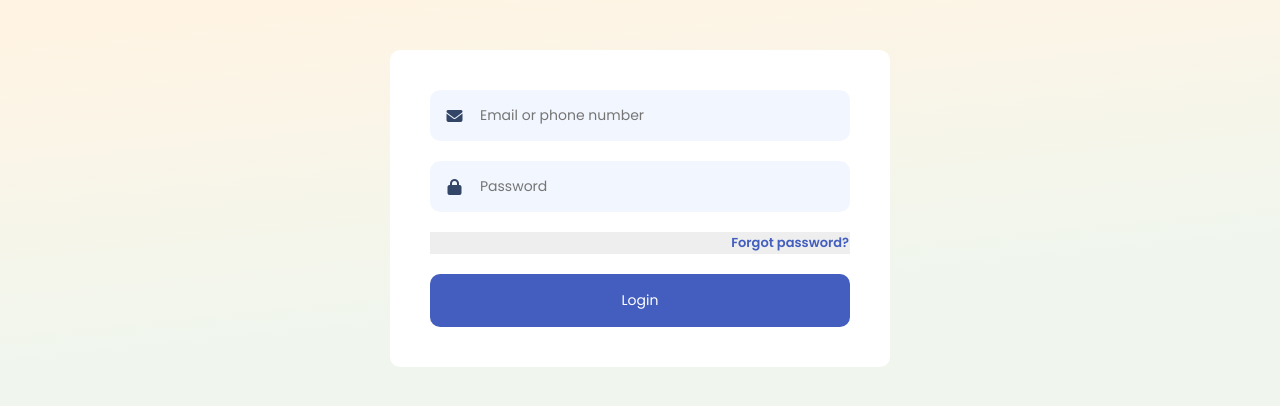
Repository: VuTuanAnh0949/loginForm
Page: index.html
An editor plug-in stored every save of this project. The page is shown before and after the next save, followed by the edit.
The browser window is 1280 px wide. The pictures show the whole page.

Above is the page before, as saved 2022-04-15 21:06:23.

### index.html
<!DOCTYPE html>
<html lang="en">
<head>
  <meta charset="UTF-8">
  <meta http-equiv="X-UA-Compatible" content="IE=edge">
  <meta name="viewport" content="width=device-width, initial-scale=1.0">
  <link
  href="https://fonts.googleapis.com/css2?family=Poppins:wght@300;400;600&display=swap"
  rel="stylesheet"
/>
<link rel="stylesheet" href="style.css">
<link rel="stylesheet" href="/fontawesome-free-6.1.1-web/css/all.css">
  <title>Login</title>
</head>
<body>
  <div class="login">
    <div class="login-field">
      <i class="fa-solid fa-envelope login-icon"></i>
      <input type="email" class="login-input" placeholder="Email or phone number">
    </div>
    <div class="login-field">
      <i class="fa-solid fa-lock login-icon"></i>
      <input type="password" class="login-input" placeholder="Password">
    </div>
    <a href="#" class="login__forgot--password">Forgot password?</a>
    <button class="login-submit">Login</button>
  </div>
</body>
</html>

### style.css
html{
  font-size: 62.5%;
  font-family: "Poppins", sans-serif;
}
*{
box-sizing: border-box;
}
body{
  background-image: linear-gradient( 174.2deg,  rgba(255,244,228,1) 7.1%, rgba(240,246,238,1) 67.4% );
}
.login{
width: 500px;
margin: 50px auto;
padding: 40px;
background-color: white;
border-radius: 10px;
}
.login-field{
  display: flex;
  align-items: center;
  background-color: #f2f7ff;
  padding: 15px;
  margin-bottom: 20px;
  border-radius: 10px;
}
.login-icon{
  color: #344667;
  font-size: 16px;
  width: 20px;
  text-align: center;

}
.login-input{
  font-family: "Poppins", sans-serif;
  border: 0;
  padding: 0 0 0 16px;
  background-color: transparent;
  width: 100%;
  outline: none;
  font-size: 14px;
}
.login-submit{
  color: white;
  border-radius: 10px;
  display: block;
  width: 100%;
  border: 0;
  padding: 16px 10px;
   background-color: #435ebe;
   font-size: 14px;
   font-family: "Poppins", sans-serif;
   cursor: pointer;
   outline: none;
}
.login__forgot--password{
  display: block;
  text-decoration: none;
  text-align: right;
  margin-bottom: 20px;
  font-size: 13px;
  font-weight: 600;
  color: #435ebe;
  border: 1px solid #eee;
  background-color: #eee;
}
.login__forgot--password:focus{
  border-color: #eee;
  background-color: white;
}

Loaded but not shown: fontawesome-free-6.1.1-web/css/all.css (library)

After the next save:
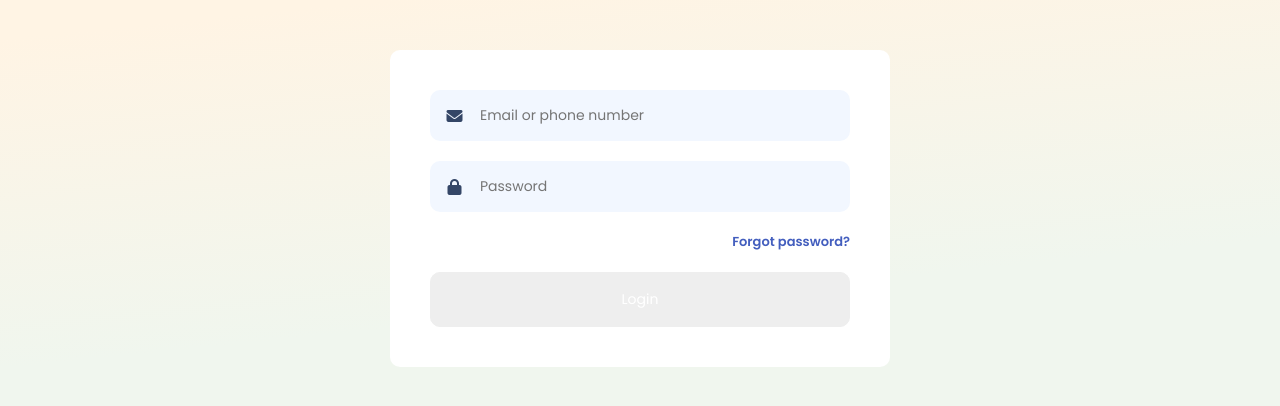
Saved 9 s later.
--- a/style.css
+++ b/style.css
@@ -51,6 +51,8 @@ border-radius: 10px;
    font-family: "Poppins", sans-serif;
    cursor: pointer;
    outline: none;
+   border: 1px solid #eee;
+  background-color: #eee;
 }
 .login__forgot--password{
   display: block;
@@ -60,9 +62,7 @@ border-radius: 10px;
   font-size: 13px;
   font-weight: 600;
   color: #435ebe;
-  border: 1px solid #eee;
-  background-color: #eee;
-}
+  }
 .login__forgot--password:focus{
   border-color: #eee;
   background-color: white;
